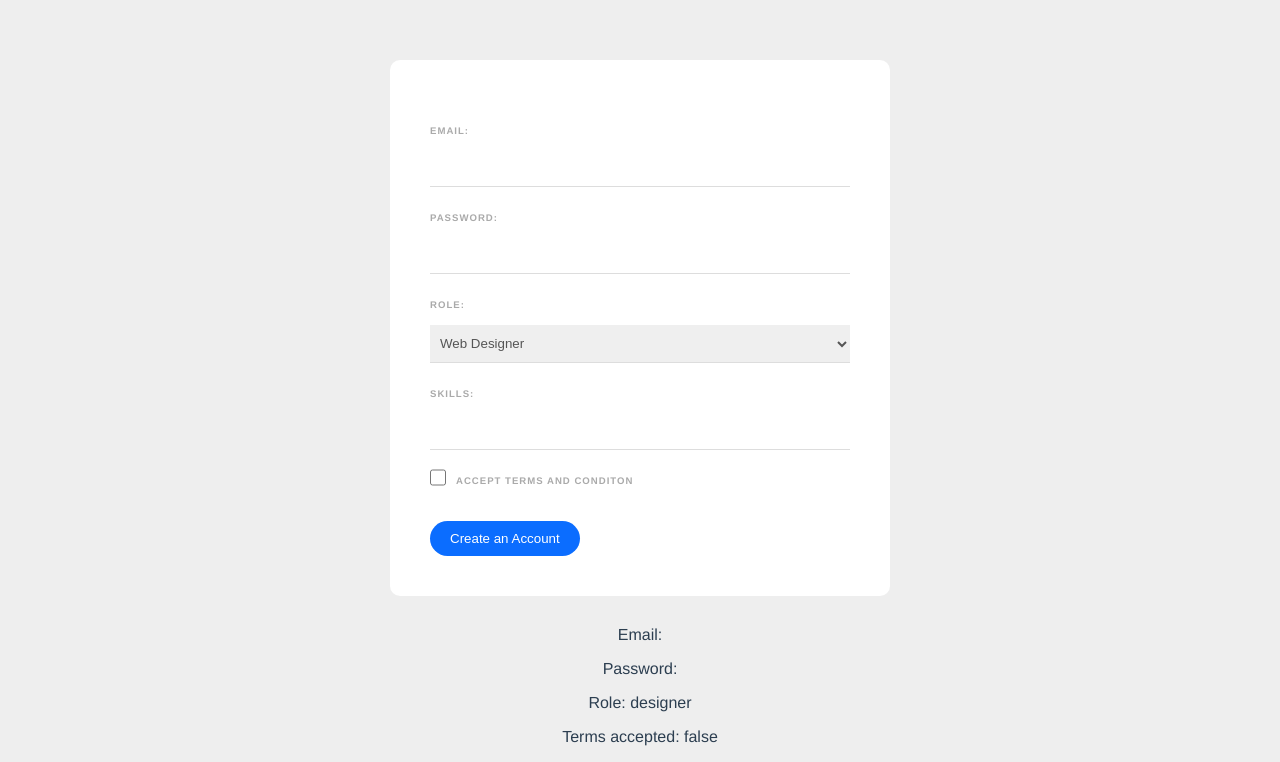
Repository: pin-seavmuy/Vue-Js
Page: /
The author's editor kept a copy of each file at every save. The page is drawn from the files as they stood at one save, then again after a run of saves.
The browser window is 1280 px wide. The pictures show the whole page.
The project was rebuilt for these pictures with package versions that can differ from the ones it lists, and the page was loaded fresh each time. Also part of the build but not shown: vue.config.js.

Above is the page before, as saved 2023-11-16 23:44:42.

### src/App.vue
<template>
  <SignupForm/>
</template>

<script>
import SignupForm from './components/SignupForm.vue'

export default {
  name: 'App',
  components: {
    SignupForm
  }
}
</script>

<style>
#app {
  font-family: Avenir, Helvetica, Arial, sans-serif;
  -webkit-font-smoothing: antialiased;
  -moz-osx-font-smoothing: grayscale;
  text-align: center;
  color: #2c3e50;
  margin-top: 60px;
}
body{
  margin: 0;
  background: #eee;

}
</style>

### src/components/SignupForm.vue
<template>
  <form>
    <label>Email:</label>
    <input type="email" required v-model="email">

    <label>Password:</label>
    <input type="password" required v-model="password">

        <label>Role:</label>
        <select v-model="role">
            <option value="developer">Web Developer</option>
            <option value="designer">Web Designer</option>
        </select>

        <label>Skills:</label>
        <input type="text" v-model="tempSkill" @keyup.alt="addSkill">
        <div v-for="skill in skills" :key="skill" class="pill">
            <span @click="deleteSkill(skill)"> {{ skill}}</span>
        </div>

        <div class="terms">
            <input type="checkbox" required v-model="terms">
            <label>Accept terms and conditon</label>
        </div>

        <div class="submit">
            <button>Create an Account</button>
        </div>

        <!-- <div>
            <input type="checkbox" value="shaun" v-model="names">
            <label>Shaun</label>
        </div>
        <div>
            <input type="checkbox" value="yoshi" v-model="names">
            <label>Yoshi</label>
        </div>
        <div>
            <input type="checkbox" value="mario" v-model="names">
            <label>Mario</label>
        </div> -->
  </form>

  <p>Email: {{ email }}</p>
  <p>Password: {{ password }}</p>
  <p>Role: {{ role}}</p>
  <p>Terms accepted: {{terms}}</p>
  <!-- <p>Names: {{names}}</p> -->
</template>

<script>
export default {
    data(){
        return{
            email: '',
            password: '',
            role: 'designer',
            terms: false,
            // names: [],
            tempSkill: [],
            skills: []
        }
    },
    components: [],
    methods: {
        addSkill(e){
            // console.log(e)
            if (e.key === ',' && this.tempSkill){
                if (!this.skills.includes(this.tempSkill)){
                    this.skills.push(this.tempSkill)
                }
                this.tempSkill = ''
            }
        },
        deleteSkill(skill){
            this.skills = this.skills.filter((item) => {
                return skill !== item
            })
        }
    }
}
</script>

<style>
    form{
        max-width: 420px;
        margin: 30px auto;
        background: #fff;
        text-align: left;
        padding: 40px;
        border-radius: 10px;
    }
    label{
        color: #aaa;
        display: flex;
        margin: 25px 0 15px;
        font-size: 0.6em;
        text-transform: uppercase;
        letter-spacing: 1px;
        font-weight: bold;
    }
    input, select{
        display: block;
        padding: 10px 6px;
        width: 100%;
        box-sizing: border-box;
        border: none;
        border-bottom: 1px solid #ddd;
        color: #555;
    }
    input[type="checkbox"]{
        display: inline-block;
        width: 16px;
        margin: 0 10px 0 0;
        position: relative;
        top: 2px;
    }
    .terms{
        display: flex
    }
    .pill{
        display: inline-block;
        margin: 20px 10px 0 0;
        padding: 6px 12px;
        background: #eee;
        border-radius: 20px;
        font-size: 12px;
        letter-spacing: 1px;
        font-weight: bold;
        color: #777;
        cursor: pointer;
    }
    button{
        background: #0b6dff;
        border: 0;
        padding: 10px 20px;
        margin-top: 20px;
        color: #fff;
        border-radius: 20px;
    }
</style>

Loaded but not shown: public/index.html (common file); src/main.js (common file)

After the next 3 saves:
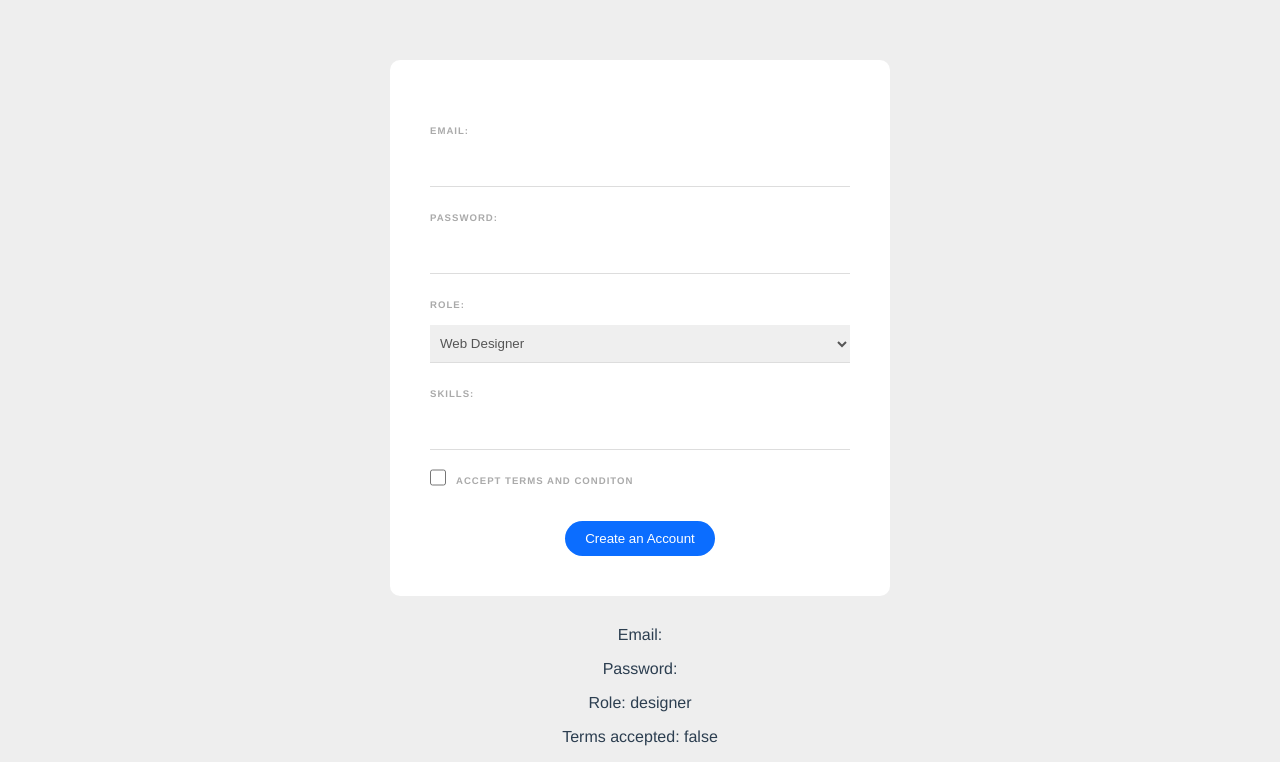
The 3 saves are shown as one change because they came seconds apart.
The last was saved 15 s later.
--- a/src/components/SignupForm.vue
+++ b/src/components/SignupForm.vue
@@ -138,4 +138,7 @@ export default {
         color: #fff;
         border-radius: 20px;
     }
+    .submit{
+        text-align: center;
+    }
 </style>
